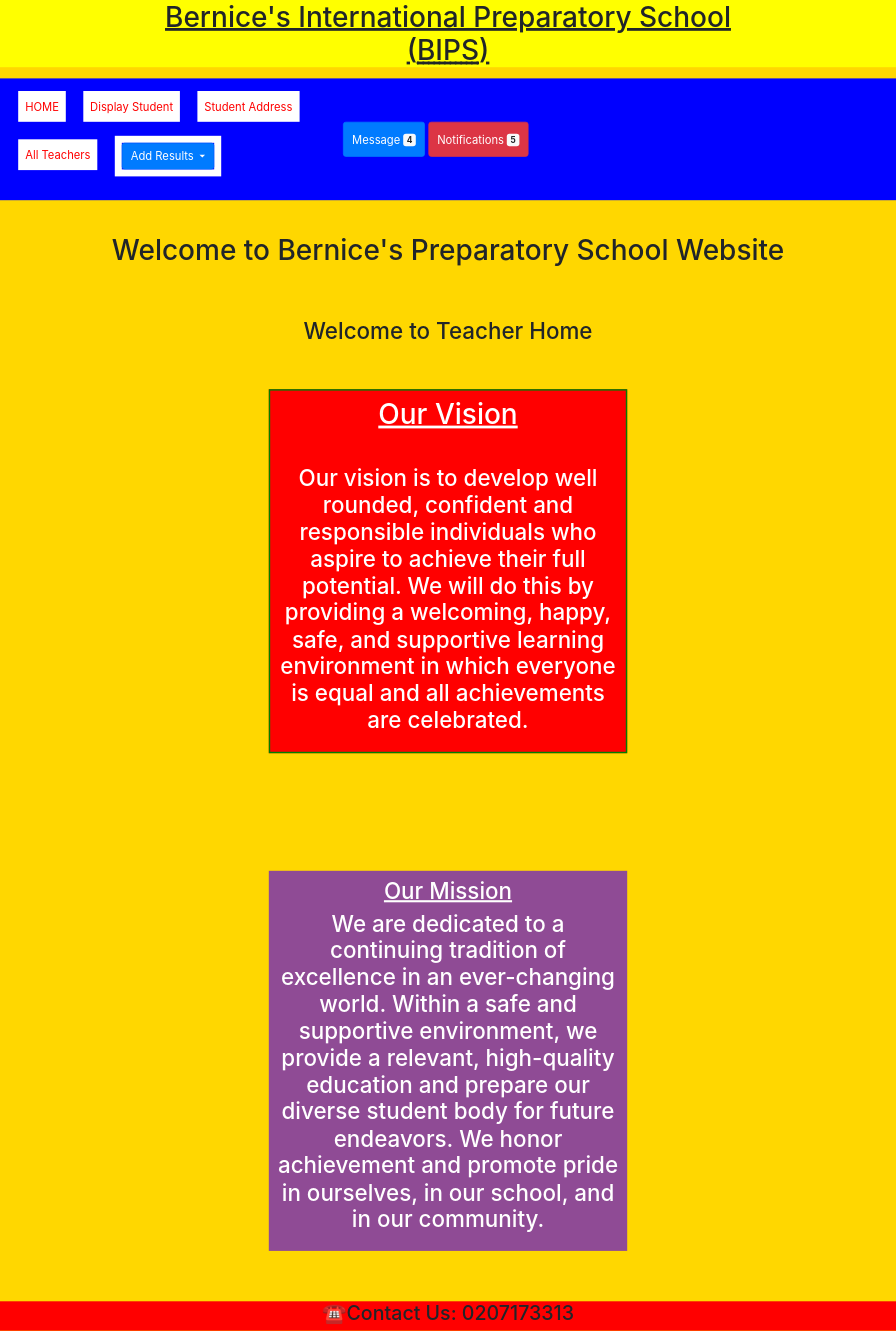
Repository: joseackah/eclipse-workspace
Page: http://localhost/com.school.mgt.system.Front.End/WEB-INF/views/teacherHome.jsp
An editor plug-in stored every save of this project. The page is shown before and after the next save, followed by the edit.
The browser window is 1280 px wide. The pictures show the whole page, at 70% of full size.
The page is served by Tomcat 9. Nobody is signed in. The template is opened directly, without the code that normally fills it, so the values that code supplies are empty.

Above is the page before, as saved 2021-08-13 01:20:31.

After the next save:
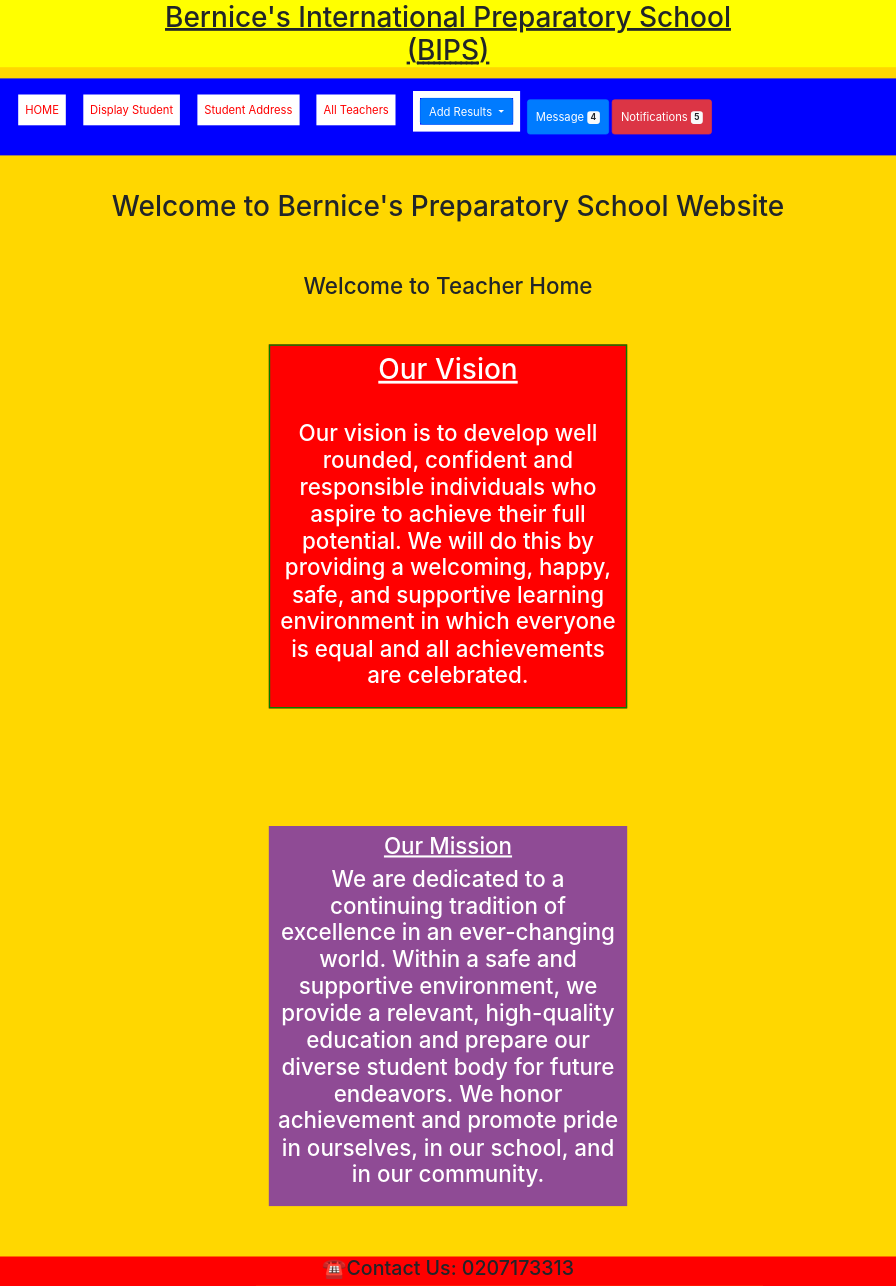
Saved 3 min 23 s later.
--- a/com.school.mgt.system.Front.End/src/main/webapp/WEB-INF/views/teacherHome.jsp
+++ b/com.school.mgt.system.Front.End/src/main/webapp/WEB-INF/views/teacherHome.jsp
@@ -69,7 +69,8 @@ to {background-color: rgb(145,74,152);}
 
             <li><a href="${pageContext.request.contextPath}/schoolTeachers/displayTeachers">All Teachers</a></li>
 
-           <li>  <div class="dropdown" style="background-color:blue;">
+           <li>
+           <div class="dropdown" style="background-color:blue;">
 
   <button type="button" class="btn btn-primary dropdown-toggle" data-toggle="dropdown" >
     Add Results
@@ -90,7 +91,7 @@ to {background-color: rgb(145,74,152);}
 
         </ul>
 
-        <div class="container">
+        <div class="">
         <div>
         <button type="button" class="btn btn-primary" style="margin-right: em; height: 50px">Message <span class="badge badge-light">4</span></button>
         <button type="button" class="btn btn-danger" style="margin-right: em; height: 50px">Notifications <span class="badge badge-light">5</span></button>
